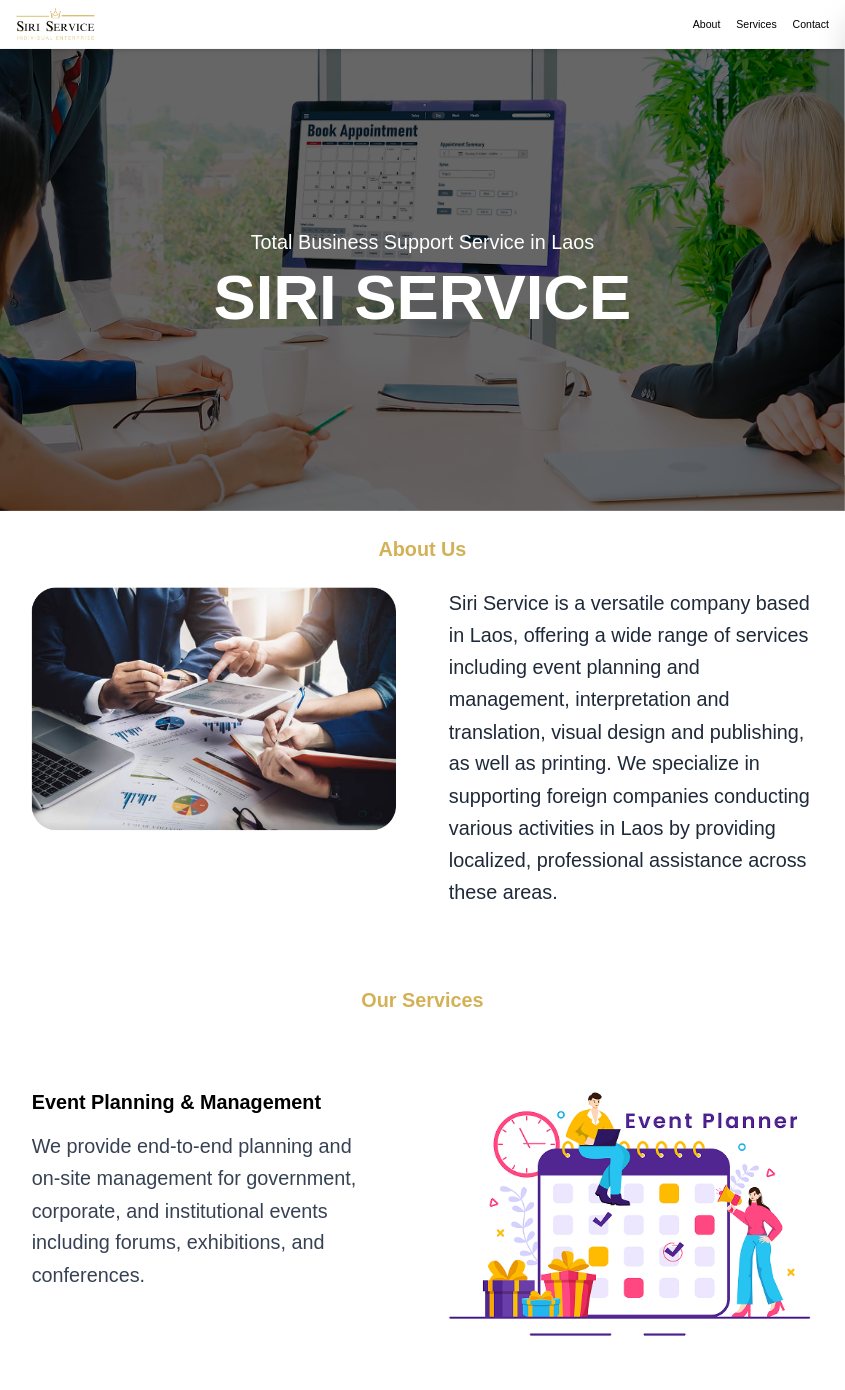
Repository: Phailin-teamplate/siri-service-web
Page: /
An editor plug-in stored every save of this project. The page is shown before and after the next save, followed by the edit.
The browser window is 1280 px wide. The pictures show the whole page, at 66% of full size.
The project was rebuilt for these pictures with package versions that can differ from the ones it lists, and the page was loaded fresh each time. The framework's server and built-in components were replaced by stand-ins that run in the browser. Also part of the build but not shown: next.config.ts.

Above is the page before, as saved 2025-07-02 14:56:51.

After the next save:
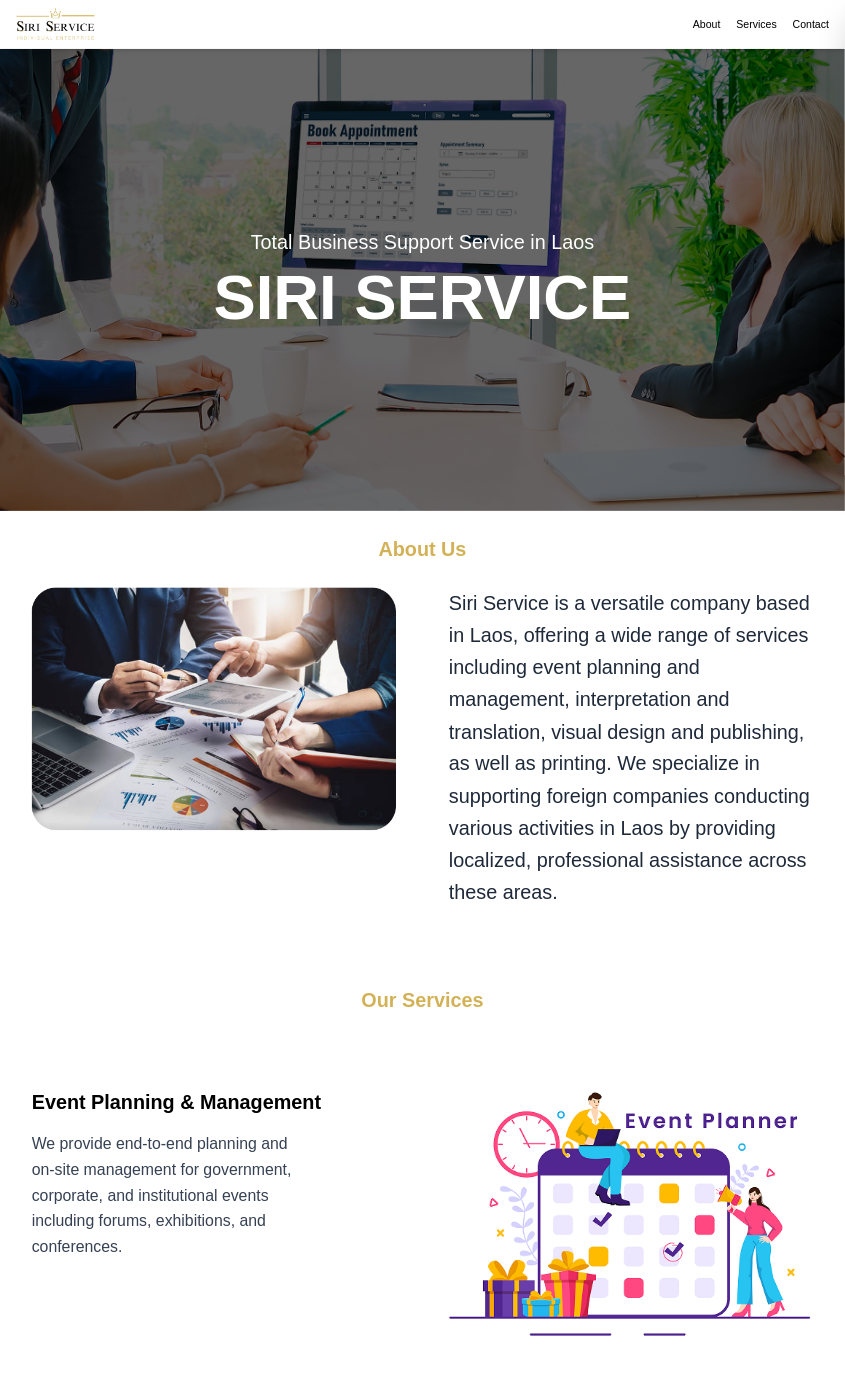
Saved 18 s later.
--- a/src/components/Service.tsx
+++ b/src/components/Service.tsx
@@ -24,10 +24,10 @@
       <div className="flex flex-col md:flex-row items-start justify-center gap-12 md:gap-20">
         {/* Text */}
         <div className="w-full max-w-[720px] text-center md:text-left">
-          <h1 className="text-black text-4xl sm:text-3xl font-semibold mb-6">
+          <h1 className="text-black text-3xl sm:text-3xl font-semibold mb-6">
             Event Planning & Management
           </h1>
-          <p className="text-gray-700 text-3xl font-normal leading-relaxed">
+          <p className="text-gray-700 text-2xl font-normal leading-relaxed">
             We provide end-to-end planning and <br />
             on-site management for government,
             <br />
